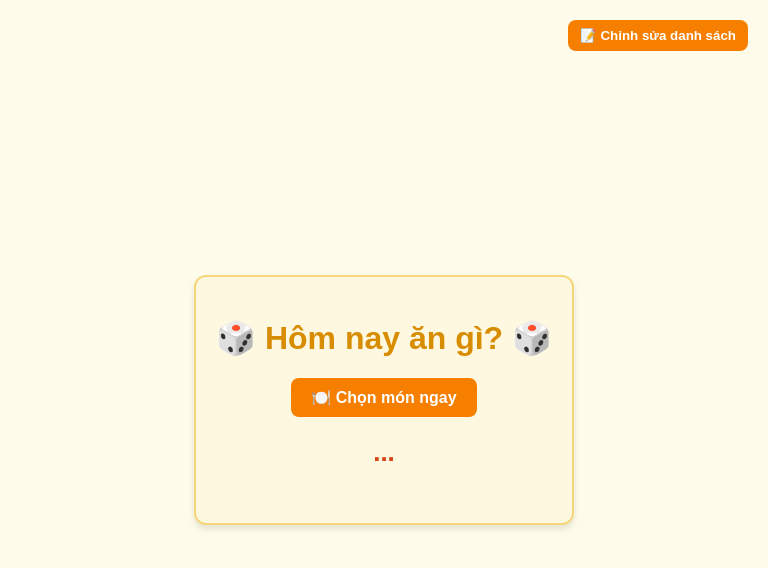
Repository: NT912/What-s-food-today-
Page: index.html
The author's editor kept a copy of each file at every save. The page is drawn from the files as they stood at one save, then again after the next save.
The browser window is 768 px wide. The pictures show the whole page.

Above is the page before, as saved 2024-12-17 21:08:41.

After the next save:
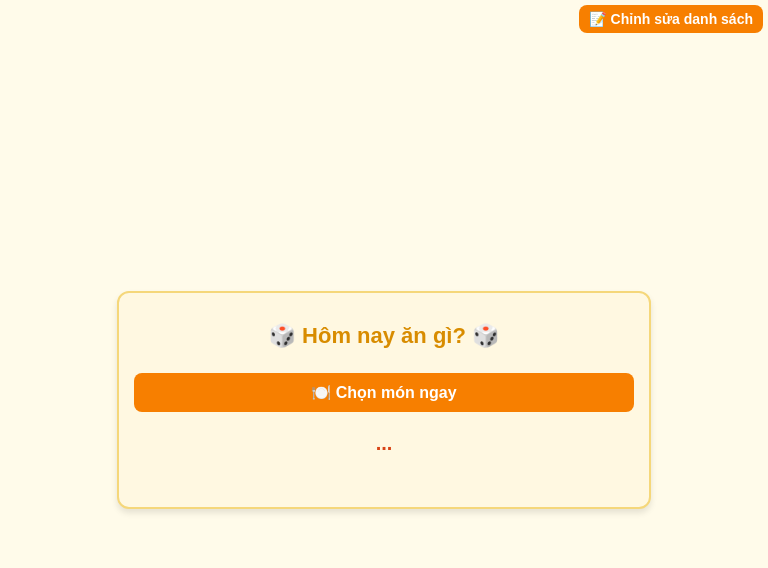
Saved 4 min 35 s later.
--- a/style.css
+++ b/style.css
@@ -8,11 +8,13 @@ body {
   justify-content: center;
   align-items: center;
   height: 100vh;
-  overflow: hidden;
+  overflow-x: hidden;
 }
 
 h1 {
   color: #d88c00; /* Cam vàng đậm */
+  font-size: 28px;
+  text-align: center;
 }
 
 .container {
@@ -22,22 +24,26 @@ h1 {
   padding: 20px;
   border-radius: 12px;
   box-shadow: 0 4px 6px rgba(0, 0, 0, 0.1);
+  width: 90%;
+  max-width: 500px;
 }
 
 #randomBtn {
   background: #f77f00; /* Cam đậm */
   color: #fff;
   border: none;
-  padding: 10px 20px;
-  font-size: 16px;
+  padding: 12px 20px;
+  font-size: 18px;
   font-weight: bold;
   border-radius: 8px;
   cursor: pointer;
   transition: transform 0.2s, background 0.3s;
+  margin-top: 10px;
+  width: 100%;
 }
 
 #randomBtn:hover {
-  transform: scale(1.1);
+  transform: scale(1.05);
   background: #e76f00;
 }
 
@@ -52,8 +58,8 @@ h1 {
 /* Edit Button */
 .edit-btn {
   position: absolute;
-  top: 20px;
-  right: 20px;
+  top: 10px;
+  right: 10px;
   background: #f77f00;
   color: white;
   padding: 8px 12px;
@@ -61,6 +67,7 @@ h1 {
   border-radius: 8px;
   cursor: pointer;
   font-weight: bold;
+  z-index: 999;
 }
 
 .edit-btn:hover {
@@ -79,73 +86,54 @@ h1 {
   justify-content: center;
   align-items: center;
   z-index: 1000;
+  overflow-y: auto;
 }
 
 .popup-content {
   background: #fff8e1; /* Vàng nhạt */
-  padding: 30px;
+  padding: 20px;
   border-radius: 12px;
-  width: 400px;
-  max-height: 80%;
-  overflow-y: auto;
+  width: 90%;
+  max-width: 400px;
   position: relative;
   text-align: center;
-  border: 2px solid #f5d77a;
   box-shadow: 0 4px 8px rgba(0, 0, 0, 0.2);
+  font-size: 18px;
 }
 
 .close-btn {
   position: absolute;
   top: 10px;
   right: 10px;
-  font-size: 20px;
+  font-size: 24px;
   color: #d84315;
   cursor: pointer;
 }
 
-/* Popup chúc mừng */
+/* Popup kết quả */
 .result-content {
-  background: #fff8e1; /* Nền vàng nhạt */
-  padding: 30px;
-  border-radius: 12px;
-  text-align: center;
-  box-shadow: 0 8px 16px rgba(0, 0, 0, 0.3);
-  animation: popupEffect 0.5s ease-out;
   font-size: 22px;
-  color: #d84315; /* Màu cam đậm */
   font-weight: bold;
+  color: #d84315;
 }
 
-/* Tên món ăn nổi bật */
-.result-content strong {
-  font-size: 36px; /* Phóng to chữ */
-  color: #e76f00; /* Màu cam đậm hơn để nổi bật */
-  text-shadow: 2px 2px 4px rgba(0, 0, 0, 0.2); /* Hiệu ứng bóng chữ */
-  display: inline-block;
-  margin-top: 10px;
-  animation: highlightText 0.8s ease-out;
+/* Input và Controls */
+.controls input {
+  width: 70%;
+  padding: 8px;
+  border: 1px solid #ccc;
+  border-radius: 8px;
+  margin-bottom: 10px;
 }
 
-@keyframes highlightText {
-  0% {
-    transform: scale(0.8);
-    opacity: 0;
-  }
-  100% {
-    transform: scale(1);
-    opacity: 1;
-  }
-}
-
-@keyframes popupEffect {
-  from {
-    transform: scale(0.7);
-    opacity: 0;
-  }
-  to {
-    transform: scale(1);
-    opacity: 1;
-  }
+.controls button {
+  padding: 8px 12px;
+  background: #f77f00;
+  color: white;
+  border: none;
+  border-radius: 8px;
+  font-weight: bold;
+  cursor: pointer;
 }
 
 /* Danh sách món ăn */
@@ -164,9 +152,40 @@ li {
   border: 1px solid #f5d77a;
 }
 
-.controls input {
-  padding: 8px;
-  border: 1px solid #ccc;
-  border-radius: 8px;
-  margin-right: 5px;
+/* Responsive Design */
+@media (max-width: 768px) {
+  h1 {
+    font-size: 22px;
+  }
+
+  #randomFood {
+    font-size: 20px;
+  }
+
+  .container {
+    padding: 15px;
+    width: 95%;
+  }
+
+  #randomBtn {
+    font-size: 16px;
+    padding: 10px;
+  }
+
+  .edit-btn {
+    top: 5px;
+    right: 5px;
+    padding: 6px 10px;
+    font-size: 14px;
+  }
+
+  .popup-content {
+    width: 95%;
+    font-size: 16px;
+    padding: 15px;
+  }
+
+  .result-content {
+    font-size: 20px;
+  }
 }
